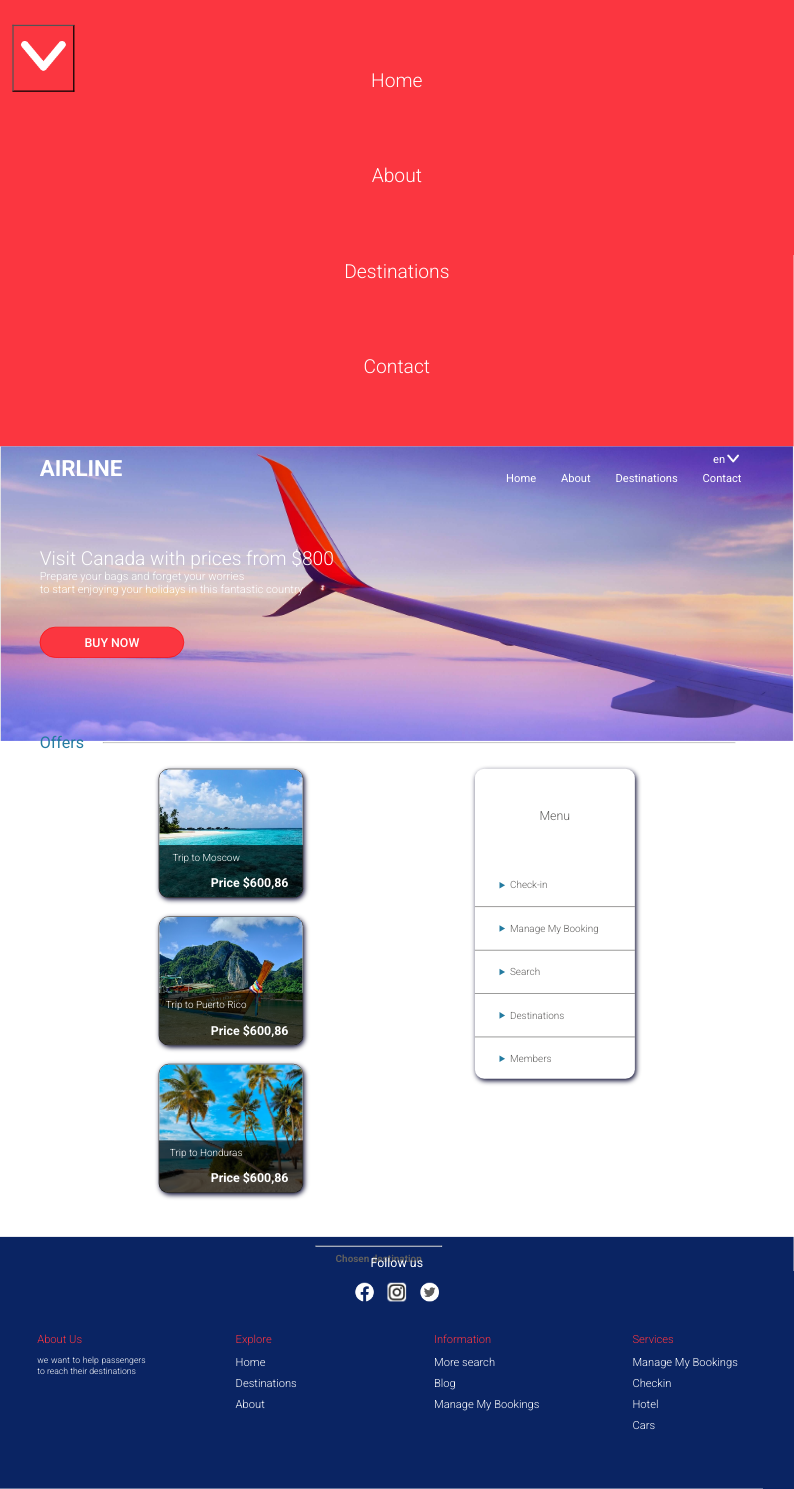
Repository: Cherced/AIRLINES
Page: /
The author's editor kept a copy of each file at every save. The page is drawn from the files as they stood at one save, then again after the next save.
The browser window is 1280 px wide. The pictures show the whole page, at 62% of full size.
The project was rebuilt for these pictures with package versions that can differ from the ones it lists, and the page was loaded fresh each time. The framework's server and built-in components were replaced by stand-ins that run in the browser. Also part of the build but not shown: components/atoms/BannerStaff/Modal/SelectIdioms.jsx.

Above is the page before, as saved 2022-07-01 07:40:48.

After the next save:
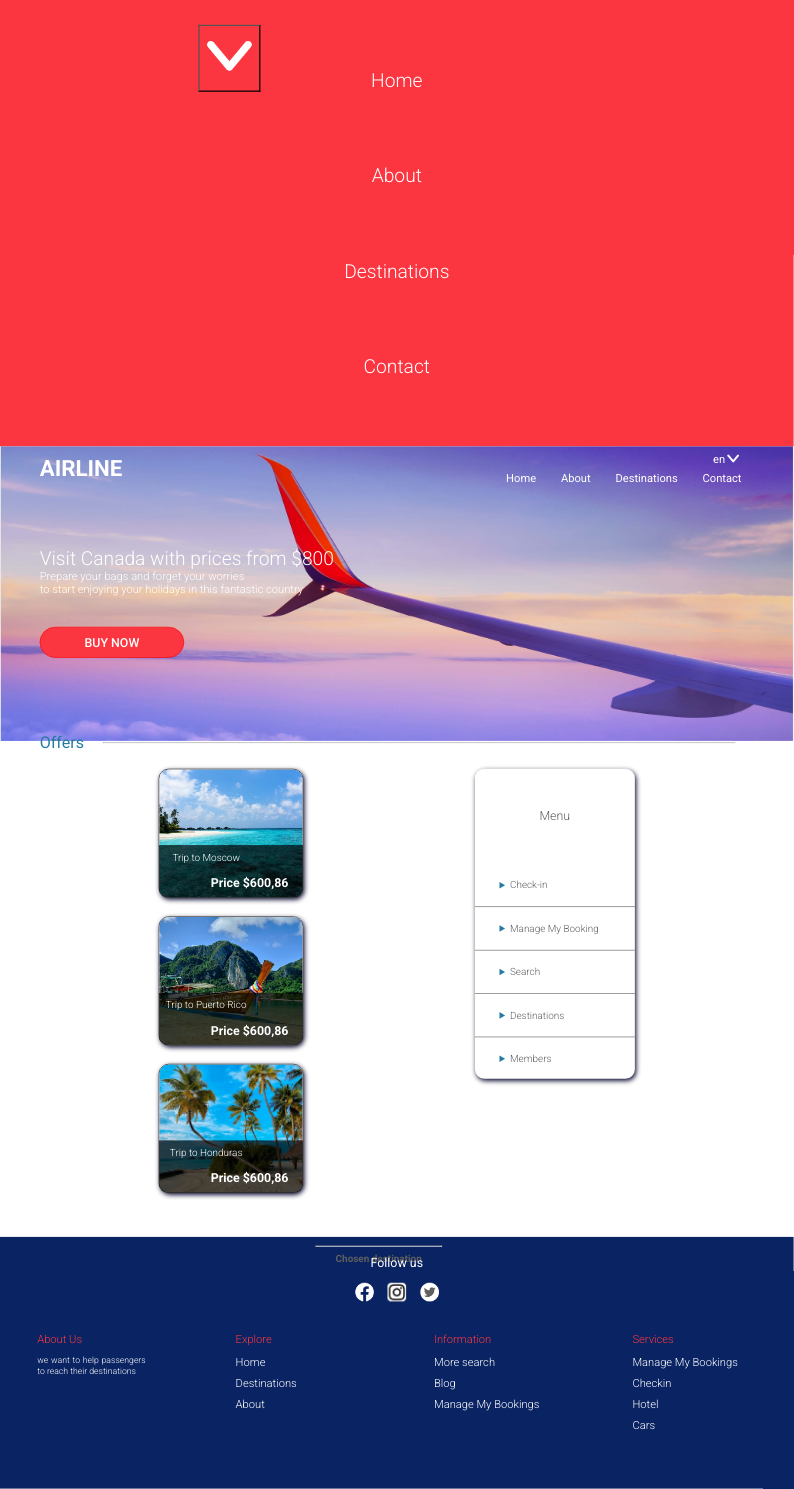
Saved 14 s later.
--- a/sass/components/Banner/_floatMenu.scss
+++ b/sass/components/Banner/_floatMenu.scss
@@ -8,7 +8,7 @@
         .backButton{
             position: absolute;
             margin-top: 40px;
-            margin-left: 20px;
+            margin-left: 320px;
             background: transparent;
             text-align: left;
             font-family: "Roboto", sans-serif;
